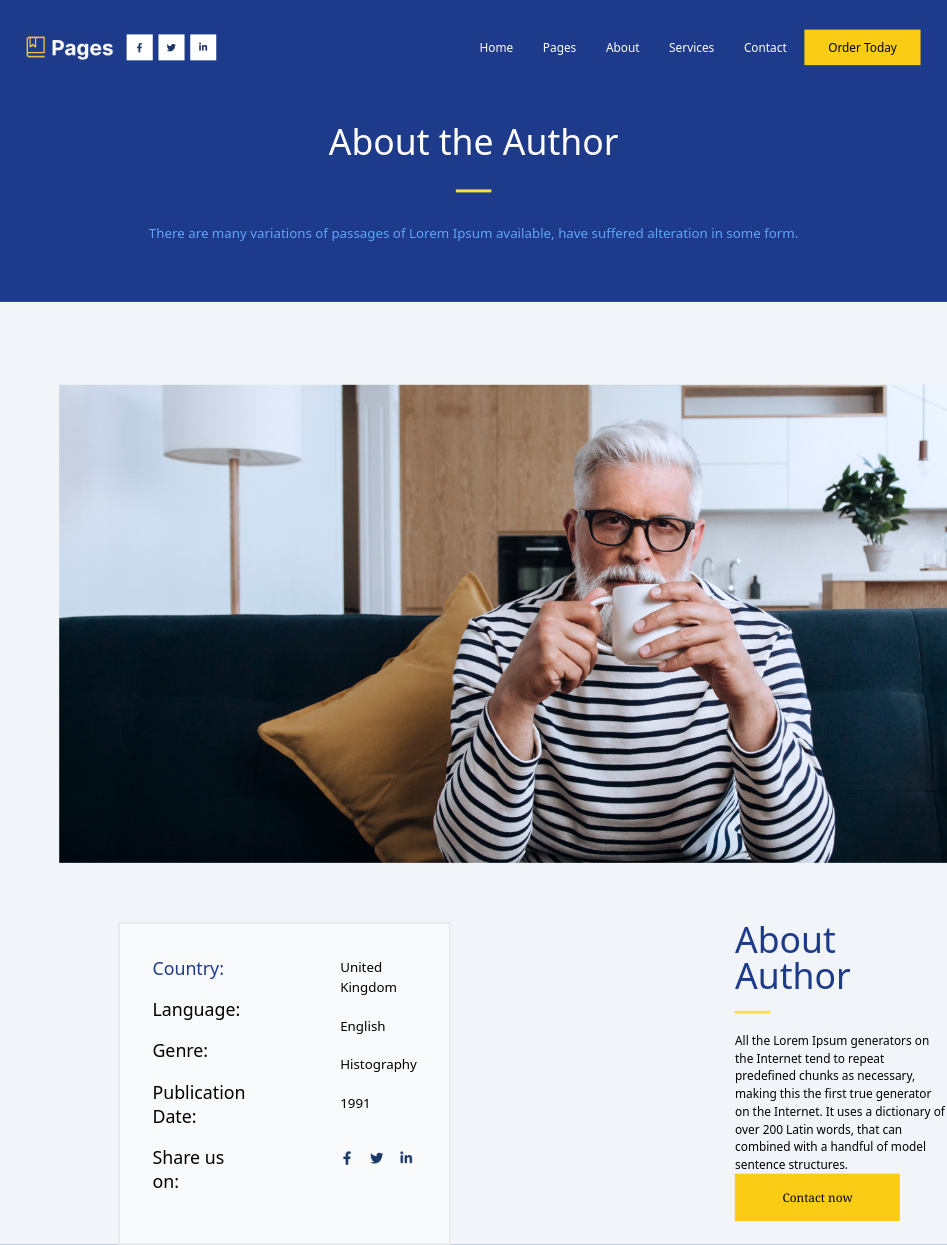
Repository: Godnorg/Class3
Page: index.html
An editor plug-in stored every save of this project. The page is shown before and after a run of saves, followed by the edit.
The browser window is 1280 px wide. The pictures show the whole page, at 74% of full size.
Some web libraries are served in a nearby version.

Above is the page before, as saved 2023-02-20 02:45:18.

### index.html
<!DOCTYPE html>
<html lang="en">
<head>
    <meta charset="UTF-8">
    <meta http-equiv="X-UA-Compatible" content="IE=edge">
    <meta name="viewport" content="width=device-width, initial-scale=1.0">
    <title>Class3</title>
    <script src="https://cdn.tailwindcss.com"></script>
</head>
<body class="w-full bg-blue-900">
<div class="flex items-center justify-between w-full pt-10 mx-auto px-9 max-w-7xl">
    <div class="flex gap-4 ">
    <img src="./Logo.png">
    <img src="./soc-icons.png" class="h-9">
    </div>
    <div class="flex gap-6">
        <ul class="flex items-center gap-10 text-white">
            <li><a href="#">Home</a></li>
            <li><a href="#">Pages</a></li>
            <li><a href="#">About</a></li>
            <li><a href="#">Services</a></li>
            <li><a href="#">Contact</a></li>
        </ul>
        <button class="px-8 py-3 mx-auto bg-yellow-400 font-sans-serif">Order Today</button>
    </div>
    </div>
    <div class="items-center mx-auto">
    <h1 class="items-center pt-20 pb-10 text-5xl text-center text-white">About the Author</h1>
        <div
            class="items-center w-12 h-1 mx-auto text-center bg-yellow-300">
        </div>
        <p class="items-center pt-10 pb-20 mx-auto text-lg text-center text-blue-400">There are many variations of passages of Lorem Ipsum available, have suffered alteration in some form.</p>
    </div>

    <div class= " bg-slate-100">
        <div class="relative w-full pb-20 pl-20 mx-auto pt-28 max-w-7xl">
        <img src="./oldman2.jpg">
        </div>
        <div class="flex">
        <div class="max-w-xl ml-40 mr-96 bg-gray-50">
            <div class="flex mt-0 border-2 pt-11 px-11 pb-11">
                <div class="pr-32">
                <h2 class="pb-6 text-2xl text-blue-900">Country:</h2>
                <h2 class="pb-6 text-2xl">Language:</h2>
                <h2 class="pb-6 text-2xl">Genre:</h2>
                <h2 class="pb-6 text-2xl">Publication Date:</h2>
                <h2 class="pb-6 text-2xl">Share us on:</h2>
                </div>
                <div class="p-0">
                <p class="pb-6 pr-0 text-lg">United Kingdom</p>
                <p class="pb-6 pr-0 text-lg">English</p>
                <p class="pb-6 pr-0 text-lg">Histography</p>
                <p class="pb-6 pr-0 text-lg">1991</p>
                <img src="./socialmedia.png" class="pb-6 pr-0 pt-7">
                </div>
            </div>
        </div>
        <div class="mx-auto">
          <h1 class="text-5xl text-blue-900 ">About Author</h1>
          <div class="w-12 h-1 my-6 bg-yellow-300"></div>
          <p>All the Lorem Ipsum generators on the Internet tend to repeat predefined chunks as necessary, making this the first true generator on the Internet. It uses a dictionary of over 200 Latin words, that can combined with a handful of model sentence structures.</p>
          <button class="px-16 py-5 mx-auto font-serif bg-yellow-400">Contact now</button>
        </div>
    </div>
</div>

</body>
</html>

After the next 6 saves:
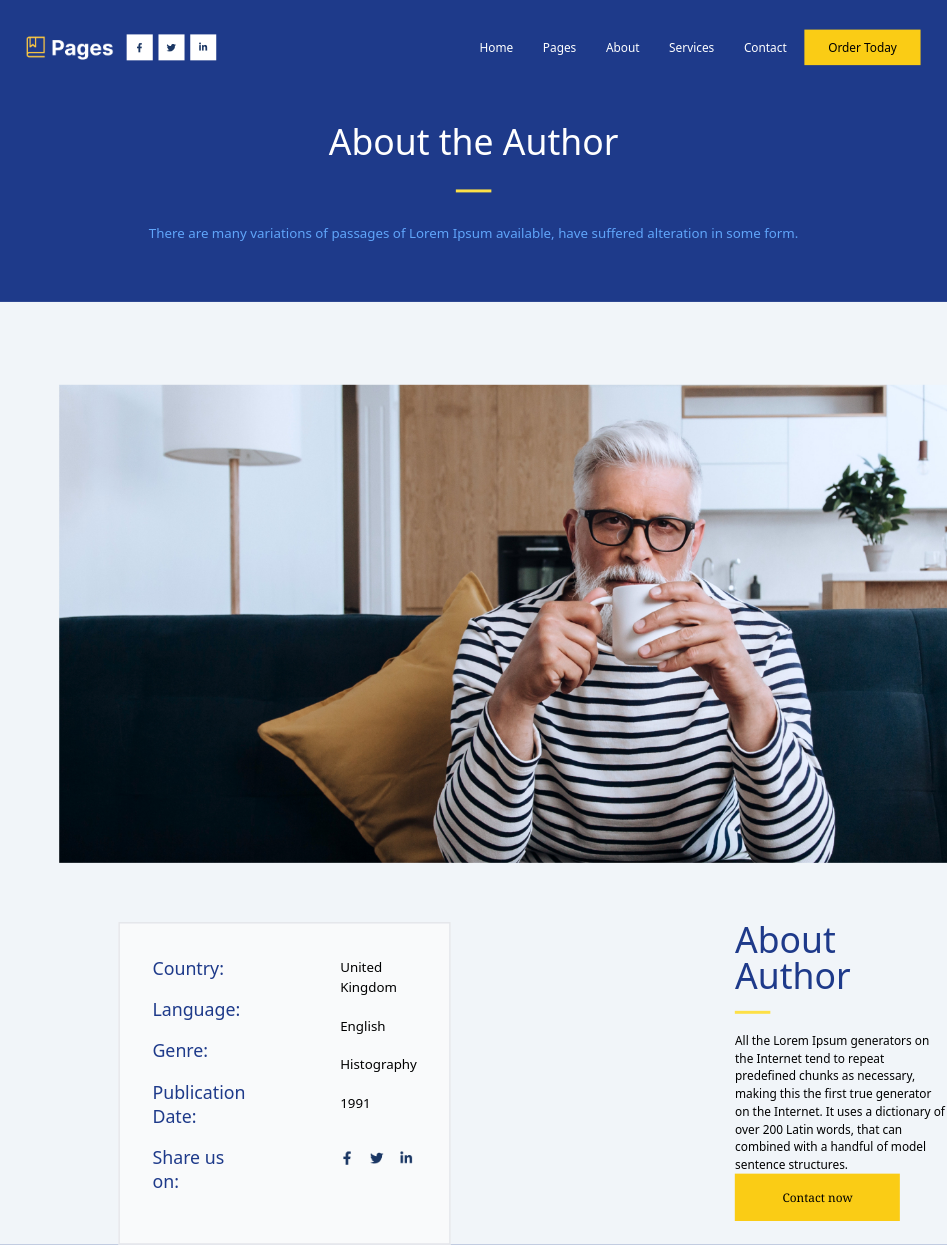
The 6 saves are shown as one change because they came seconds apart.
The last was saved 13 s later.
--- a/index.html
+++ b/index.html
@@ -41,10 +41,10 @@
             <div class="flex mt-0 border-2 pt-11 px-11 pb-11">
                 <div class="pr-32">
                 <h2 class="pb-6 text-2xl text-blue-900">Country:</h2>
-                <h2 class="pb-6 text-2xl">Language:</h2>
-                <h2 class="pb-6 text-2xl">Genre:</h2>
-                <h2 class="pb-6 text-2xl">Publication Date:</h2>
-                <h2 class="pb-6 text-2xl">Share us on:</h2>
+                <h2 class="pb-6 text-2xl text-blue-900">Language:</h2>
+                <h2 class="pb-6 text-2xl text-blue-900">Genre:</h2>
+                <h2 class="pb-6 text-2xl text-blue-900">Publication Date:</h2>
+                <h2 class="pb-6 text-2xl text-blue-900">Share us on:</h2>
                 </div>
                 <div class="p-0">
                 <p class="pb-6 pr-0 text-lg">United Kingdom</p>
